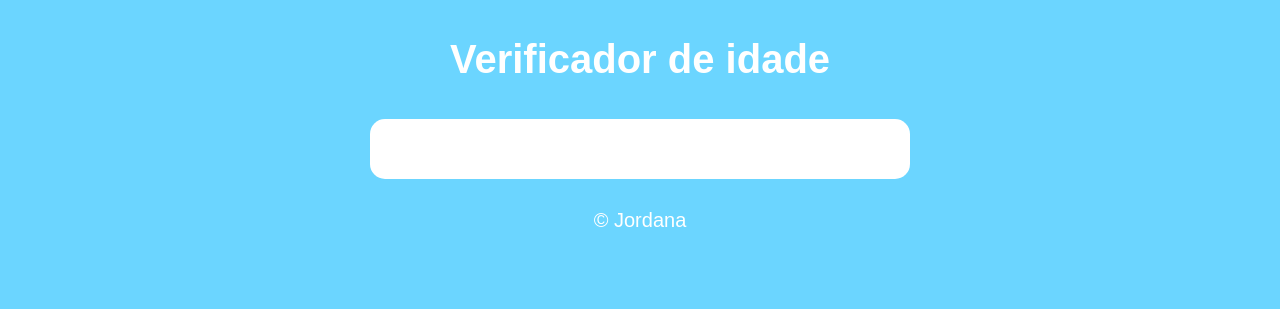
Repository: Iamjordana/Curso-JavaScript
Page: desafio/d02/index.html
The author's editor kept a copy of each file at every save. The page is drawn from the files as they stood at one save, then again after a run of saves.
The browser window is 1280 px wide. The pictures show the whole page.

Above is the page before, as saved 2025-02-20 13:37:35.

### desafio/d02/index.html
<!DOCTYPE html>
<html lang="pt-br">
<head>
    <meta charset="UTF-8">
    <meta name="viewport" content="width=device-width, initial-scale=1.0">
    <title>Modelo Exercicio 2</title>
    <link rel="stylesheet" href="style.css">
</head>
<body>
    <header>
        <h1>Verificador de idade</h1>
    </header>
    <section>
        <div>
           <p></p>
        </div>
        <div id="res">

        </div>
    </section>
    <footer>
        <p>&copy; Jordana</p>
    </footer>
    <script src="script.js"></script>
</body>
</html>

### desafio/d02/style.css
@charset "UTF-8";

body {
  font: normal 15pt Arial, sans-serif;
  background-color: #6bd5ff;
  margin: 0;
  padding: 0;
}

header {
  color: white;
  text-align: center;
  padding: 10px 0;
}

div {
  margin: 0 auto;
  width: 80%;
  text-align: center;
}

section {
  background-color: white;
  padding: 20px;
  border-radius: 15px;
  width: 500px;
  margin: auto;
}

footer {
  color: #ffffff;
  text-align: center;
  padding: 10px 0;
  border-radius: 15px;
}

Loaded but not shown: desafio/d02/script.js (no copy from this time; the picture is the same without it)

After the next 2 saves:
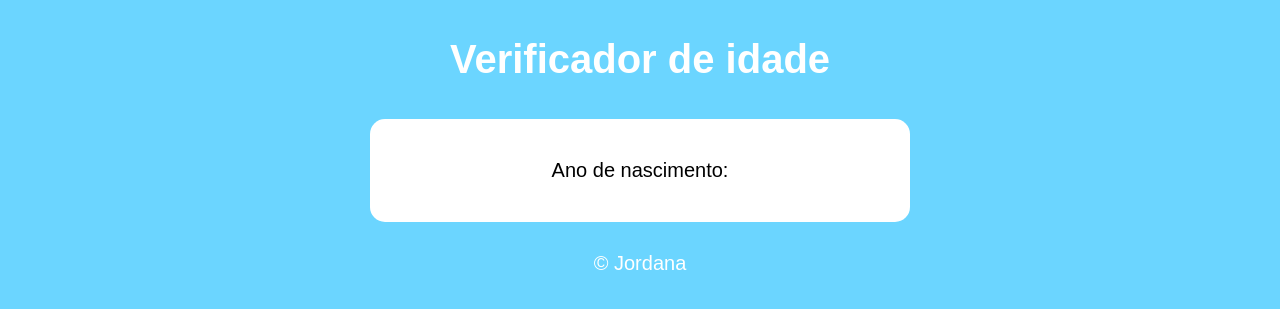
The 2 saves are shown as one change because they came seconds apart.
The last was saved 10 s later.
--- a/desafio/d02/index.html
+++ b/desafio/d02/index.html
@@ -12,7 +12,8 @@
     </header>
     <section>
         <div>
-           <p></p>
+           <p>Ano de nascimento:</p>
+
         </div>
         <div id="res">
 
